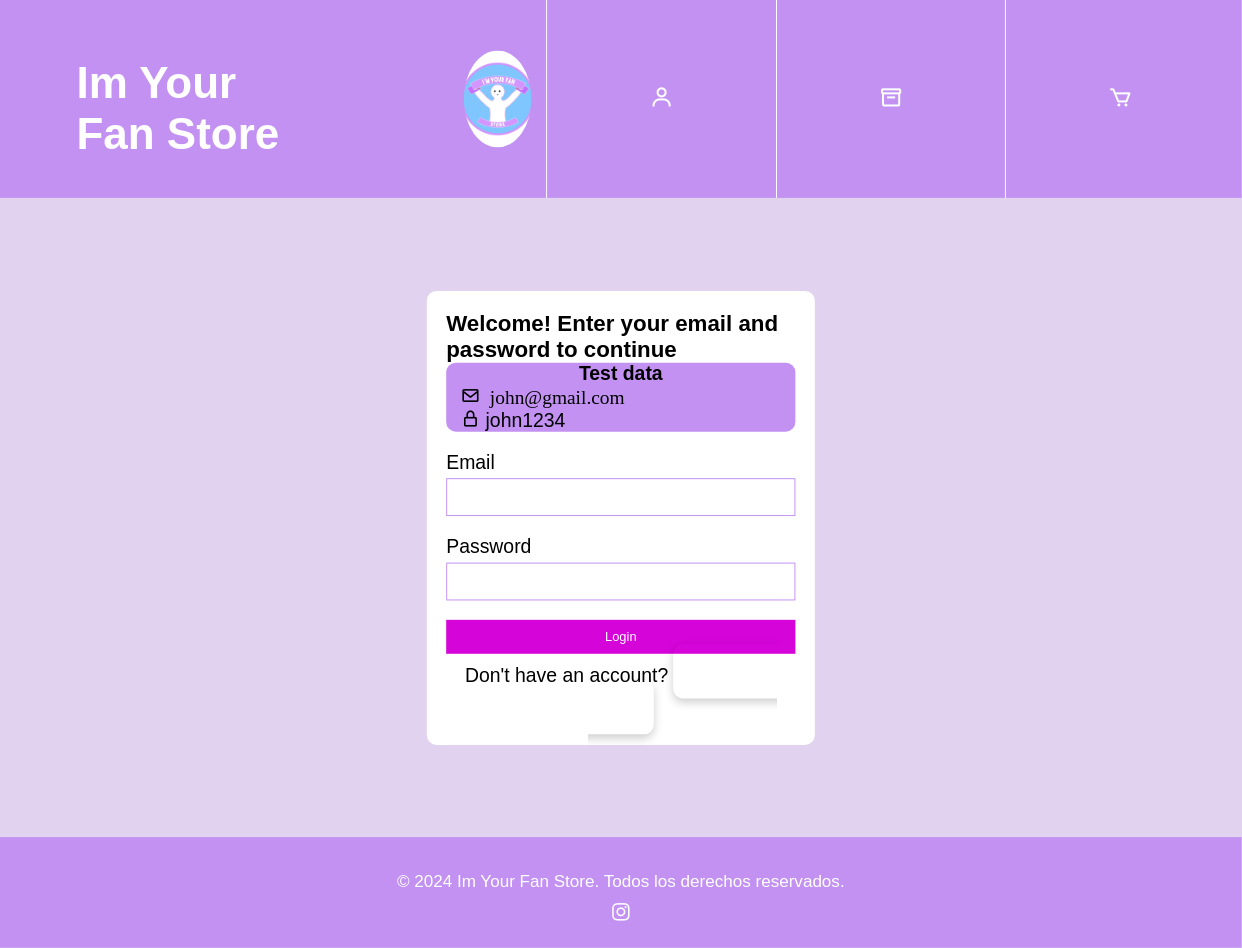
Repository: imyourfan-store/e-commerce
Page: /#/login
The author's editor kept a copy of each file at every save. The page is drawn from the files as they stood at one save, then again after the next save.
The browser window is 1280 px wide. The pictures show the whole page, at 97% of full size.
The project was rebuilt for these pictures with package versions that can differ from the ones it lists, and the page was loaded fresh each time. Also part of the build but not shown: vite.config.js, src/components/home/styles/ProductCard.css, src/components/home/ProductCard.jsx, src/components/home/Categories.jsx, src/pages/Home.jsx, src/components/productId/styles/ProductInfo.css, src/components/productId/ProductInfo.jsx, src/components/productId/SimilarProducts.jsx and 15 more.

Above is the page before, as saved 2025-02-16 23:00:52.

### index.html
<!DOCTYPE html>
<html lang="en">
  <head>
    <meta charset="UTF-8" />
    <link rel="icon" type="image/svg+xml" href="/Icono Redes Sociales - IYF.jpg" />
    <meta name="viewport" content="width=device-width, initial-scale=1.0" />
    <link rel="stylesheet" href="./src/index.css">
    <link
      href="https://unpkg.com/boxicons@2.1.4/css/boxicons.min.css"
      rel="stylesheet"
    />
    <title>Im Your Fan Store</title>
  </head>
  <body>
    <div id="root"></div>
    <script type="module" src="/src/main.jsx"></script>

  </body>
</html>

### src/index.css
:root {
  --color-lila: #C291F2;
  --color-lilaclaro: #e1d7ea;/* Color lila claro */
  --color-texto: #000000;
  --color-fussia: #D504D9;
  --color-azul: #79C4F2;
  --color-mostaza: #F2B705;
  --color-naranja: #F28705;
  --color-input: #EEF5F9;
  --color-blanquito: #ffffff;
  --color-celeste: #79C4F2;
  --color-rgba-rojo: rgba(255, 0, 0, 0.1);
  --color-rojo: #FF0000;
}

body {
  margin: 0;
  font-family: Arial, sans-serif;
  background-color: var(--color-lilaclaro);
  text-decoration: none;
}

### src/main.jsx
import React from 'react'
import ReactDOM from 'react-dom/client'
import App from './App'
import './index.css'
import { HashRouter } from 'react-router-dom'
import { Provider } from 'react-redux'
import store from './store'

ReactDOM.createRoot(document.getElementById('root')).render(
  <React.StrictMode>
    <HashRouter>
      <Provider store={store}>
        <App />
      </Provider>
    </HashRouter>
  </React.StrictMode>,
)

### src/App.jsx
import { Route, Routes } from 'react-router-dom';
import './App.css';
import Home from './pages/Home';
import Login from './pages/Login';
import ProductId from './pages/ProductId';
import Purchases from './pages/Purchases';
import Cart from './pages/Cart';
import ProtectedRoutes from './components/app/ProtectedRoutes';
import Header from './layout/Header';
import Footer from './layout/Footer';
import Us from './pages/Us';

function App() {
  return (
    <div className="App">
      <Header />
      <Routes>
        <Route path='/' element={<Home />} />
        <Route path='/login' element={<Login />} />
        <Route path='/products/:id' element={<ProductId />} />

        {/* Rutas protegidas */}
        <Route element={<ProtectedRoutes />}>
          <Route path='/purchases' element={<Purchases />} />
          <Route path='/cart' element={<Cart />} />
        </Route>
      </Routes>
      <Footer />
    </div>
  );
}

export default App;

### src/pages/Login.jsx
import React from 'react';
import { useForm } from 'react-hook-form';
import { useDispatch, useSelector } from 'react-redux';
import { logOutUserThunk, loginUserThunk } from '../store/slices/userInfo.slice';
import './styles/Login.css';

const Login = () => {
  const { token, user } = useSelector((state) => state.userInfo);

  const { register, handleSubmit } = useForm();

  const dispatch = useDispatch();

  const submit = (data) => {
    dispatch(loginUserThunk(data));
  };

  const handleLogOut = () => {
    dispatch(logOutUserThunk());
  };

  return (
    <main className="login">
      {token ? (
        <section className="login__logged">
          <i className="login__logged-icon bx bx-user-circle"></i>
          <h3 className="login__logged-name">{`${user.name}`}</h3>
          <button className="login__logged-btn" onClick={handleLogOut}>
            Log out
          </button>
        </section>
      ) : (
        <form className="login__form" onSubmit={handleSubmit(submit)}>
          <h3 className="login__title">Welcome! Enter your email and password to continue</h3>
          <div className="login__container-test">
            <h4 className="login__test-title">Test data</h4>
            <p className="login__test-email">
              <i className="bx bx-envelope"> john@gmail.com</i>
            </p>
            <p className="login__test-password">
              <i className="bx bx-lock-alt"></i> john1234
            </p>
          </div>
          <div className="login__field">
            <label className="login__label">Email</label>
            <input className="login__input" type="email" {...register('email')} />
          </div>
          <div className="login__field">
            <label className="login__label">Password</label>
            <input className="login__input" type="password" {...register('password')} />
          </div>
          <button className="login__btn">Login</button>
          <p className="login__text-footer">
            Don't have an account? <span>Sign up</span>
          </p>
        </form>
      )}
    </main>
  );
};

export default Login;

### src/layout/Header.jsx
import React from 'react'
import { NavLink } from 'react-router-dom'
import './styles/Header.css'

const Header = () => {
  return (
    <header className='header'>
      <NavLink className='header__page-name' to='/'><h1>Im Your Fan Store</h1></NavLink>
      <img src='/src/img/Icono Redes Sociales - IYF.jpg' alt='Im Your Fan Store' className='header__logo' />
      <ul className='header__navbar'>
        <li className='header__link'><NavLink to='/login'><i className='bx bx-user'></i></NavLink></li>
        <li className='header__link'><NavLink to='/purchases'><i className='bx bx-box'></i></NavLink></li>
        <li className='header__link'><NavLink to='/cart'><i className='bx bx-cart'></i></NavLink></li>
      </ul>
    </header>
  )
}

export default Header

### src/layout/Footer.jsx
import React from 'react';
import './styles/Footer.css'; // Asegúrate de que el archivo CSS esté en la ruta correcta

const Footer = () => {
  return (
    <footer className="footer">
      <div className="footer__content">
        <p>&copy; 2024 Im Your Fan Store. Todos los derechos reservados.</p>
        <ul className="footer__socials">
          <li>
            <a
              href="https://www.instagram.com/imyourfanstore_7/"
              target="_blank"
              rel="noopener noreferrer"
            >
              <i className="bx bxl-instagram"></i>
            </a>
          </li>
        </ul>
      </div>
    </footer>
  );
}

export default Footer;

### src/pages/styles/Login.css
:root {
  --color-lila: #C291F2;
  --color-lilaclaro: #E6DFF1; /* Color lila claro ajustado */
  --color-texto: #333333; /* Texto en gris oscuro */
  --color-fussia: #D504D9;
  --color-azul: #79C4F2;
  --color-mostaza: #F2B705;
  --color-naranja: #FF914D; /* Naranja ajustado para botones */
  --color-input: #F3E9FA; /* Fondo para inputs */
  --color-blanquito: #ffffff;
  --color-celeste: #A3D2F2; /* Azul celeste suave */
  --color-rgba-rojo: rgba(255, 0, 0, 0.1);
  --color-rojo: #E74C3C; /* Rojo suave para acentos */
}

.login {
  display: flex;
  justify-content: center;
  font-family: Arial, sans-serif;
  align-items: center;
  height: calc(100vh - 60.7px);
  background-color: var(--color-lilaclaro); /* Fondo lila claro */
}

.login__form,
.login__logged {
  text-align: center;
  width: min(100%, 400px);
  display: flex;
  flex-direction: column;
  align-items: center;
  background-color: var(--color-blanquito); /* Fondo blanco */
  padding: 20px;
  border-radius: 10px;
  font-size: 20px;
  margin: 0 10px;
}

.login__logged-icon {
  font-size: 100px;
  color: var(--color-fussia); /* Ícono en color fucsia */
}

.login__logged-btn {
  border: none;
  background-color: var(--color-naranja); /* Botón naranja */
  color: var(--color-blanquito);
  padding: 10px 15px;
  border-radius: 5px;
  cursor: pointer;
}

.login__title {
  font-family: Arial, sans-serif;
  text-align: start;
  font-size: 23px;
  color: var(--color-texto); /* Texto en gris oscuro */
}

.login__container-test {
  background-color: var(--color-lila); /* Fondo para contenedor de prueba */
  width: 100%;
  border-radius: 10px;
  text-align: start;
  padding: 0 15px;
  margin-bottom: 20px;
}

.login__test-title {
  text-align: center;
  color: var(--color-texto);
}

.login__field {
  display: flex;
  flex-direction: column;
  width: 100%;
  text-align: start;
  margin-bottom: 20px;
  gap: 5px;
}

.login__input {
  padding: 10px 15px;
  border: 1px solid var(--color-lila); /* Borde lila */
  font-size: 15px;
  background-color: var(--color-blanquito); /* Fondo blanco para inputs */
}

.login__btn {
  width: 100%;
  padding: 10px 15px;
  border: none;
  background-color: var(--color-fussia); /* Botón de envío en fucsia */
  color: var(--color-blanquito);
  cursor: pointer;
}
span {
  font-size: 16px; /* Tamaño de fuente */
  font-weight: bold; /* Negrita */
  color: #F28705; /* Color del texto (puedes cambiarlo por el que prefieras) */
  cursor: pointer; /* Cambia el cursor al pasar sobre el texto */
  text-decoration: underline; /* Subraya el texto */
  padding: 5px 10px; /* Espaciado alrededor del texto */
  border-radius: 5px; /* Bordes redondeados */
  transition: all 0.3s ease; /* Transición suave para interacciones */
}

/* Efecto hover */
span:hover {
  color: #D504D9; /* Cambio de color al pasar el mouse */
  background-color: #EEF5F9; /* Fondo con color suave */
}

### src/layout/styles/Header.css
:root {
  --color-lila: #C291F2;
  --color-texto: #000000;
  --color-fussia: #D504D9;
  --color-azul: #79C4F2;
  --color-mostaza: #F2B705;
  --color-naranja: #F28705;
  --color-input: #EEF5F9;
  --color-blanquito: #ffffff;
  --color-celeste: #79C4F2;
  --color-rgba-rojo: rgba(255, 0, 0, 0.1);
  --color-rojo: #FF0000;
}

.header {
  display: flex;
  justify-content: space-between;
  align-items: stretch;
  position: sticky;
  top: 0;
  z-index: 2;
  background-color: var(--color-lila);
  border-bottom: 1px solid var(--color-gray);
  text-decoration: none;
}
.header__logo {
  width: 100px;
  height: 100px;
  border-radius: 50%;
  object-fit: cover; /* Asegura que la imagen no se distorsione */

  margin-top: auto;
  margin-bottom: auto;

  margin-left: auto;
  margin-right: auto;

  padding-left: 15px;
  padding-right: 15px;
}

.header__page-name {
  font-size: 12px;
  color: var(--color-blanquito);
  text-decoration: none;
  display: flex;
  align-items: center; /* Asegura que el texto y la imagen estén alineados */
  transition: transform 0.3s ease;
}

/* Efecto de zoom */
.header__page-name:hover {
  transform: scale(1.008);
}
.header__navbar {
  display: flex;
  list-style: none;
  font-size: 25px;
  margin: 0;
  padding: 0;
  flex: 1 1;
}

.header__link {
  display: flex;
  justify-content: center;
  align-items: center;
  width: 33%;
  text-decoration: none;
  border-left: 1px solid var(--color-blanquito);
  transition: transform 0.3s ease, background-color 0.3s ease; /* Agrega una transición */
}

/* Estilos para el hover */
.header__link:hover {
  transform: scale(1.1); /* Escalar el elemento */
  background-color: var(--color-azul); /* Cambiar color de fondo al hacer hover */
  cursor: pointer; /* Cambiar el cursor a puntero */
}

@media (max-width: 600px) {
  .header__link {
    border-left: none;
  }
}

.header__link a {
  color: var(--color-blanquito);
  text-decoration: none;
}

### src/layout/styles/Footer.css
:root {
    --color-lila: #C291F2;
    --color-lilaclaro: #e1d2ef; /* Color lila claro */
    --color-texto: #000000;
    --color-fussia: #D504D9;
    --color-azul: #79C4F2;
    --color-mostaza: #F2B705;
    --color-naranja: #F28705;
    --color-input: #EEF5F9;
    --color-blanquito: #ffffff;
    --color-celeste: #79C4F2;
    --color-rgba-rojo: rgba(255, 0, 0, 0.1);
    --color-rojo: #FF0000;
}

.footer {
    background-color: var(--color-lila);
    color: var(--color-blanquito);
    padding: 20px;
    text-align: center;
    position: relative;
    bottom: 0;
    width: 100%;
}

.footer__content {
    max-width: 1200px;
    margin: 0 auto;
}

.footer__socials {
    list-style: none;
    padding: 0;
    margin: 10px 0 0;
    display: flex;
    justify-content: center;
}

.footer__socials li {
    margin: 0 10px;
}

.footer__socials a {
    color: var(--color-blanquito);
    text-decoration: none;
    font-size: 24px;
}
.footer__socials a:hover {
    color: var(--color-fussia);
}

### src/pages/styles/Us.css

:root {
    --color-lila: #C291F2;
    --color-texto: #000000;
    --color-fussia: #D504D9;
    --color-azul: #79C4F2;
    --color-mostaza: #F2B705;
    --color-naranja: #F28705;
    --color-input: #EEF5F9;
    --color-blanquito: #ffffff;
    --color-celeste: #79C4F2;
    --color-rgba-rojo: rgba(255, 0, 0, 0.1);
    --color-rojo: #FF0000;
}

/* Estilo general para los enlaces */
a {
    text-decoration: none; /* Elimina el subrayado */
    color: var(--color-input); /* Color del enlace */
}

/* Estilo para el span con efecto hover */
span {
    font-size: 2rem;
    font-weight: bold;
    color: var(--color-blanquito);
    padding: 10px 20px;
    border-radius: 10px;
    box-shadow: 0 4px 10px rgba(0, 0, 0, 0.2); /* Sombra sutil */
    text-transform: uppercase; /* Texto en mayúsculas */
    letter-spacing: 2px; /* Espaciado entre letras */
    transition: all 0.3s ease-in-out; /* Transición suave */
}

/* Efecto hover para el span */
span:hover {
    background: linear-gradient(135deg, var(--color-azul), var(--color-azul)); /* Degradado */
    transform: scale(1.1); /* Agrandado */
    box-shadow: 0 6px 15px rgba(0, 0, 0, 0.3); /* Aumento de sombra */
}

/* Estilos para los enlaces de navegación */
.nav_link {
    margin-right: 20px;
}

.nav_link a {
    text-decoration: none;
    font-size: 1.2rem;
    color: var(--color-blanquito);
    padding: 8px 15px;
    border-radius: 5px;
    transition: background-color 0.3s ease-in-out, color 0.3s ease-in-out;
}

/* Efecto hover para los enlaces */
.nav_link a:hover {
    background-color: var(--color-blanquito);
    color: var(--color-fussia);
}

/* Estilos del formulario de búsqueda */
.navbar_search {
    position: relative;
}

.search_icon img {
    width: 30px;
    height: 30px;
    cursor: pointer;
    transition: transform 0.3s ease;
}

/* Efecto hover en el ícono de búsqueda */
.search_icon:hover img {
    transform: scale(1.2);
}

/* Adaptación para pantallas pequeñas */
@media (max-width: 768px) {
    .navbar_nav {
        flex-direction: column;
    }

    .nav_list {
        flex-direction: column;
    }

    .nav_link {
        margin-bottom: 10px;
    }
}

/* Contenedor de la barra de navegación */
.container-navbar {
    background-color: var(--color-lila);
    display: flex;
    justify-content: center;
    width: 100%;
}

/* Diseño de la navbar */
.navbar {
    display: flex;
    justify-content: space-between;
    align-items: center;
    width: 100%;
    height: 100%;
    margin: 20px;
}

.navbar_logo {
    display: flex;
    align-items: center;
}

.navbar_logo img {
    height: 60px;
    margin-right: 20px;
    border-radius: 10%;
}

.navbar_logo span {
    font-weight: 100;
    font-size: 1.5rem;
    color: var(--color-naranja);
}

/* Estilos adicionales para la navbar en dispositivos pequeños */
.navbar_nav {
    display: flex;
    align-items: center;
}

.navbar_nav>* {
    margin-left: 40px;
}

.nav_list {
    display: flex;
    list-style: none;
}

.nav_link {
    margin-left: 40px;
    font-size: 1.1rem;
    font-weight: 500;
}

.nav_link a {
    color: var(--color-blanquito);
    position: relative;
}

.nav_link a::after {
    content: "";
    position: absolute;
    width: 100%;
    height: 2px;
    bottom: 0;
    left: 0;
    background-color: var(--color-mostaza);
    opacity: 0;
    transition: opacity 0.3s ease-in-out;
}

.nav_link:hover a::after {
    opacity: 1;
}

/* Estilos para el ícono de búsqueda */
.search_icon img {
    height: 28px;
}

.navbar_toogle-btn {
    background-color: transparent;
    border: none;
    cursor: pointer;
    display: none;
}

/* Estilos para el botón de "Iniciar sesión" */
.button {
    display: inline-block;
    padding: 10px 20px;
    text-decoration: none;
    font-size: 16px;
    font-weight: bold;
    color: var(--color-blanquito);
    border-radius: 5px;
    transition: background-color 0.3s ease, transform 0.3s ease;
}

.button-primary {
    background-color: var(--color-azul);
}

.button-saber-mas {
    margin-left: 10px;
}

.button-primary:hover {
    background-color: #558BBF;
    color: var(--color-blanquito);
    transform: translateY(-2px);
}

.navbar_mobile-menu {
    display: none;
}

/* Estilos para la navbar móvil */
@media only screen and (max-width: 895px) {
    .nav_list {
        display: none;
    }

    .navbar_nav>* {
        margin-left: 20px;
    }

    .navbar_mobile-menu {
        display: flex;
        flex-direction: column;
        position: absolute;
        top: 130px;
        right: 0;
        background-color: var(--color-lila);
        width: 100%;
        box-shadow: 0 2px 10px rgba(0, 0, 0, 0.1);
        z-index: 1;
    }

    .nav_link-mobile {
        margin-left: 40px;
        font-size: 1.1rem;
        font-weight: 500;
        margin-top: 5px;
    }

    .nav_list-mobile {
        list-style: none;
        padding: 20px;
        margin-bottom: 15px;
    }

    .nav_list-mobile a {
        color: var(--color-blanquito);
        position: relative;
        text-decoration: none;
    }

    .nav_link-mobile a::after {
        content: "";
        position: absolute;
        width: 100%;
        height: 2px;
        bottom: 0;
        left: 0;
        background-color: var(--color-mostaza);
        opacity: 0;
        transition: opacity 0.3s ease-in-out;
    }

    .nav_link-mobile:hover a::after {
        opacity: 1;
    }

    .navbar_toogle-btn {
        display: block;
    }

    .navbar_toogle-btn img {
        height: 28px;
    }
}

@media only screen and (max-width: 510px) {
    .search_icon {
        display: none;
    }

    .button-saber-mas {
        margin: 0;
    }
}

Loaded but not shown: src/store/slices/cart.slice.js (63 lines, source omitted); src/store/slices/userInfo.slice.js (37 lines, source omitted); src/store/slices/products.slice.js (26 lines, source omitted); src/store/index.js (8 lines, source omitted); src/utils/configAxios.js (9 lines, source omitted); src/pages/styles/Home.css (681 lines, source omitted); src/App.css (no stored copy; drawn as an empty file)

After the next save:
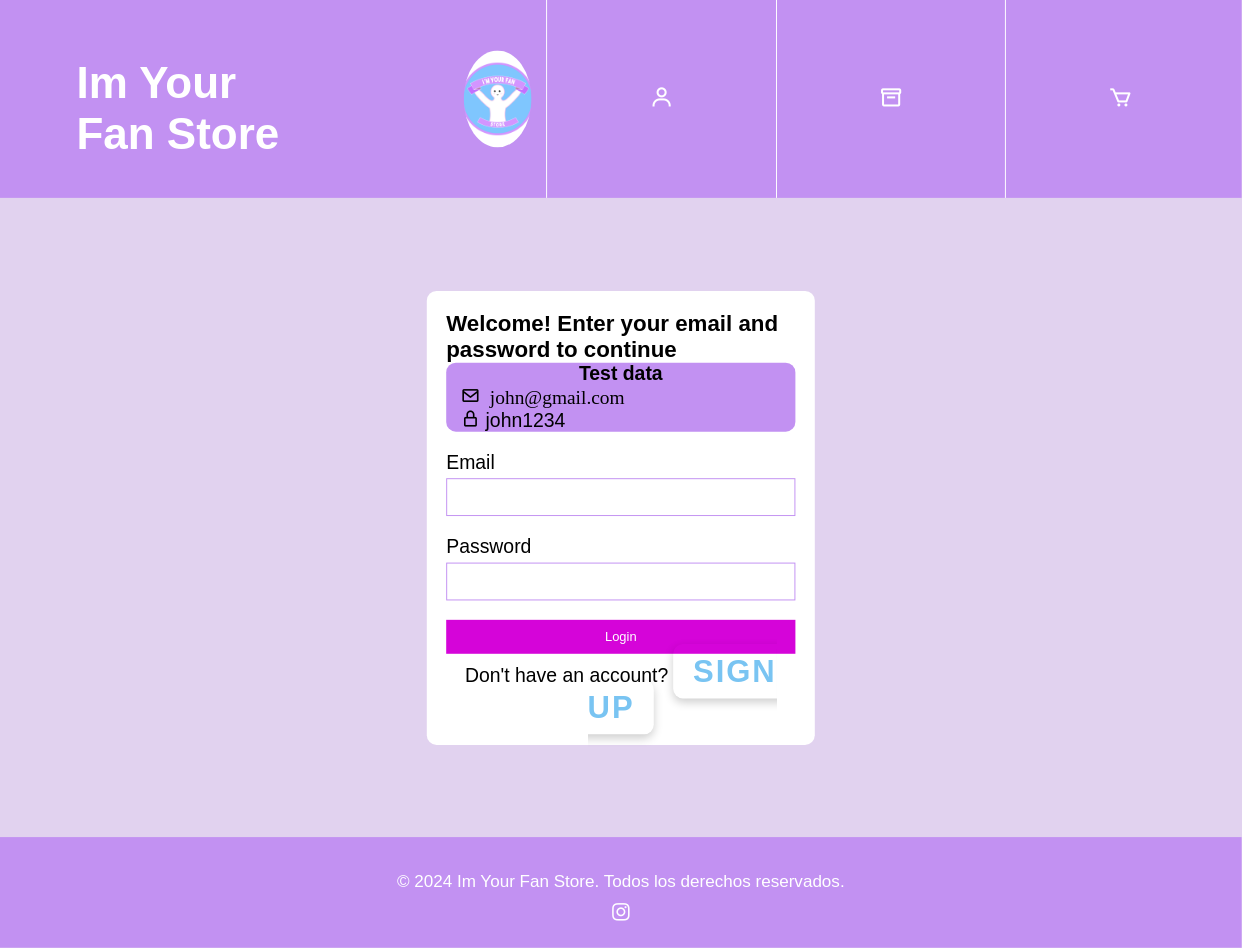
Saved 72 s later.
--- a/src/pages/styles/Login.css
+++ b/src/pages/styles/Login.css
@@ -95,19 +95,13 @@
   color: var(--color-blanquito);
   cursor: pointer;
 }
-span {
-  font-size: 16px; /* Tamaño de fuente */
-  font-weight: bold; /* Negrita */
-  color: #F28705; /* Color del texto (puedes cambiarlo por el que prefieras) */
-  cursor: pointer; /* Cambia el cursor al pasar sobre el texto */
-  text-decoration: underline; /* Subraya el texto */
-  padding: 5px 10px; /* Espaciado alrededor del texto */
-  border-radius: 5px; /* Bordes redondeados */
-  transition: all 0.3s ease; /* Transición suave para interacciones */
+
+.login__text-footer span {
+  color: #79C4F2;
+  cursor: pointer;
+  font-weight: bold;
 }
 
-/* Efecto hover */
-span:hover {
-  color: #D504D9; /* Cambio de color al pasar el mouse */
-  background-color: #EEF5F9; /* Fondo con color suave */
+.login__text-footer span:hover {
+  text-decoration: underline;
 }
